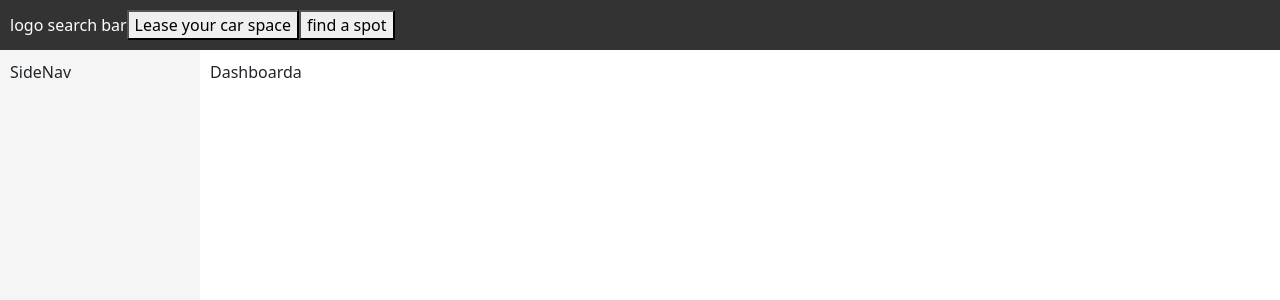
Repository: UNSWSpotFinder/SpotFinder
Page: /dashboard (app in frontend/)
The author's editor kept a copy of each file at every save. The page is drawn from the files as they stood at one save, then again after the next save.
The browser window is 1280 px wide. The pictures show the whole page.
The project was rebuilt for these pictures with package versions that can differ from the ones it lists, and the page was loaded fresh each time. Also part of the build but not shown: frontend/src/HomePage.css, frontend/src/Login.css, frontend/src/Login.jsx, frontend/src/Regist.css, frontend/src/Regist.jsx, frontend/src/HomePage.jsx, frontend/src/App.css, frontend/src/components/Bookings.jsx and 3 more.

Above is the page before, as saved 2024-03-09 17:22:39.

After the next save:
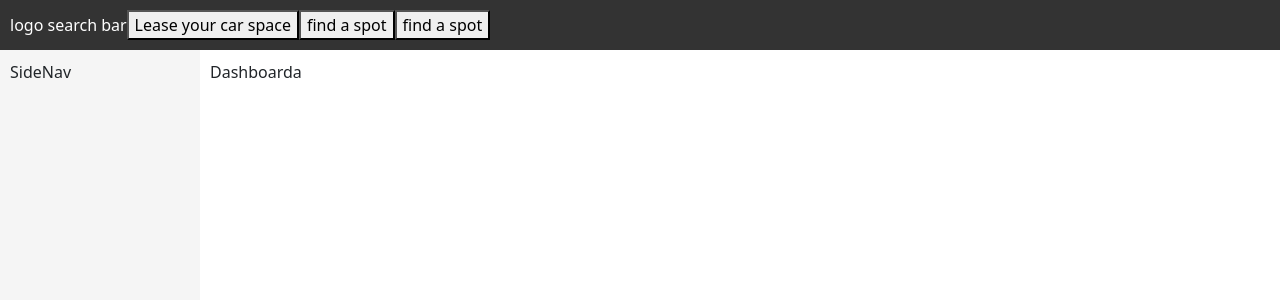
Saved 6 s later.
--- a/frontend/src/components/DashboardTop.jsx
+++ b/frontend/src/components/DashboardTop.jsx
@@ -11,7 +11,7 @@ const DashboardTop = () => {
         <button>Lease your car space</button>
         <button>find a spot</button>
 
-
+        <button>find a spot</button>
 
       </div>
       <div className="content-area">
